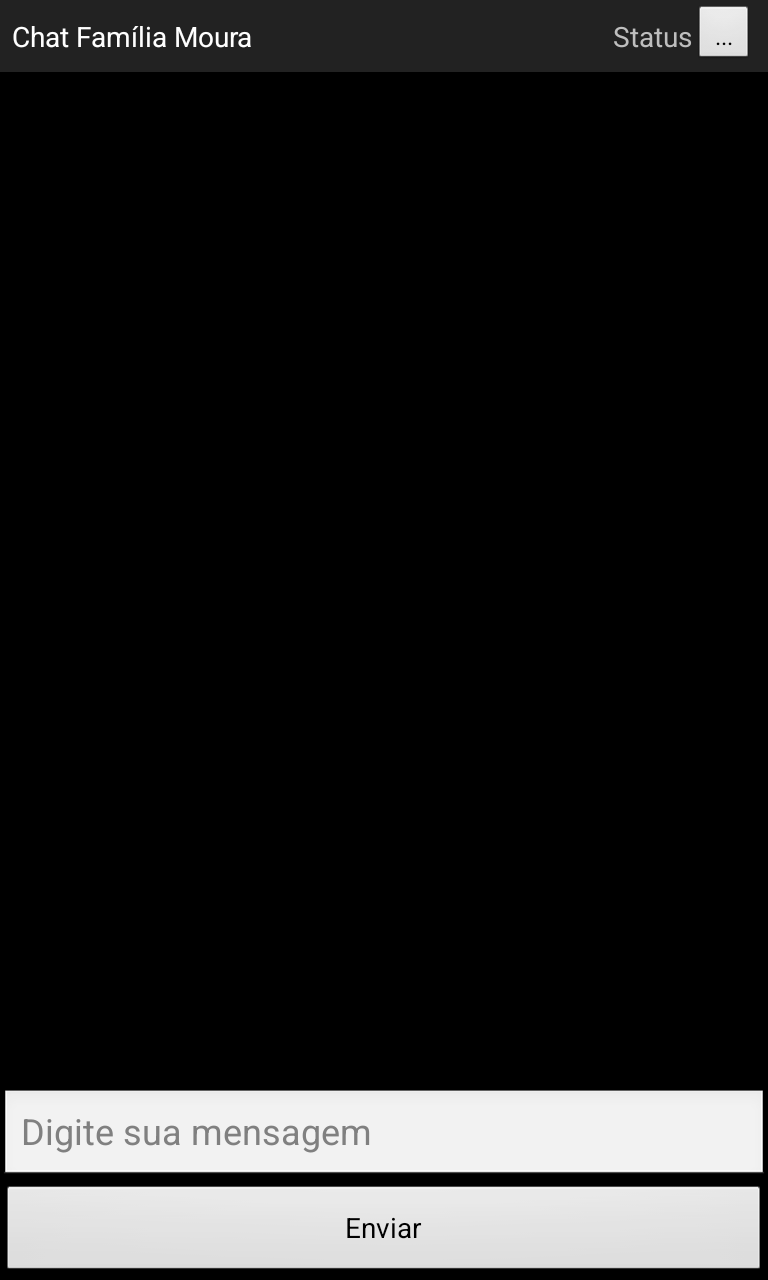
Repository: JoelmirMoura/AppMensagem
Layout: Mensagem/res/layout/main.xml
An editor plug-in stored every save of this project. The layout is shown before and after the next save, followed by the edit.
It is drawn on a 768 x 1280 px phone screen (xhdpi) without system bars, with theme android:Theme; the app's code is not run.

Above is the layout before, as saved 2026-04-27 17:49:58.

After the next save:
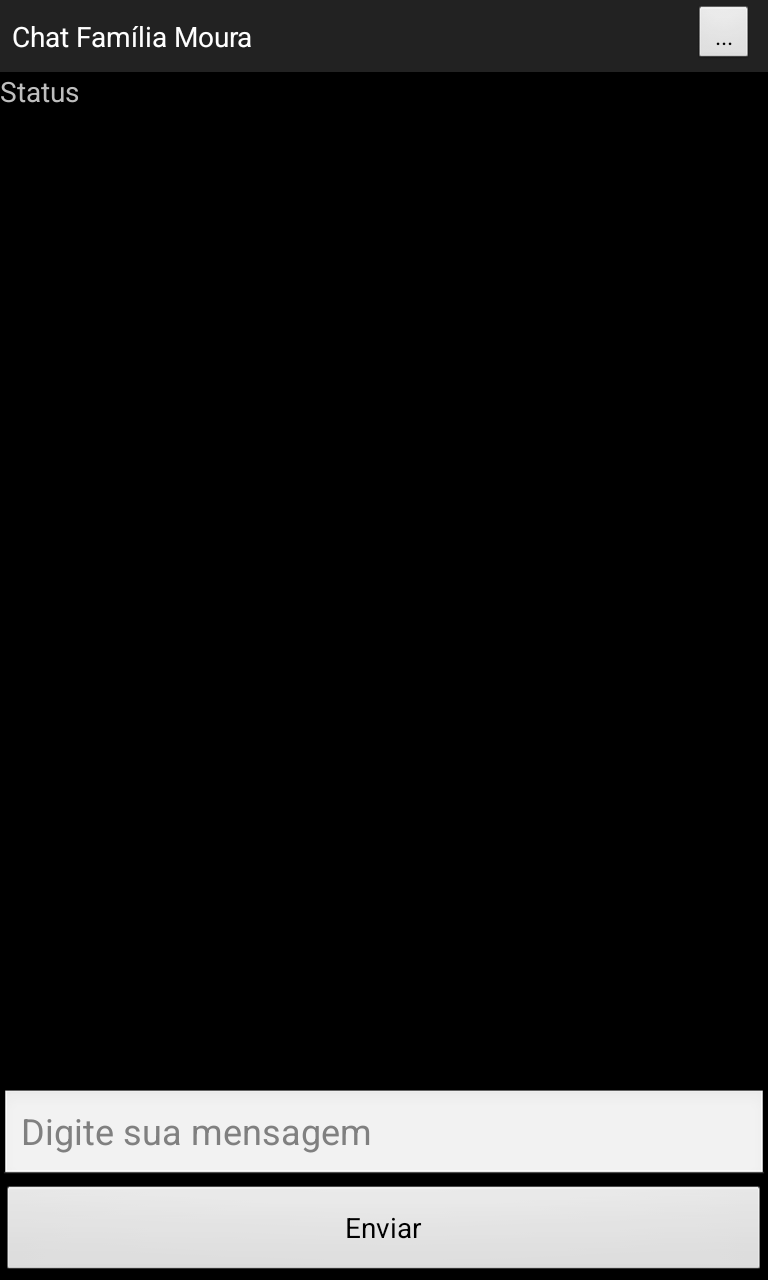
Saved 98 s later.
--- a/Mensagem/res/layout/main.xml
+++ b/Mensagem/res/layout/main.xml
@@ -23,11 +23,7 @@
         android:textSize="14sp"
         android:singleLine="true" />
 
-        <TextView
-    android:id="@+id/txtStatus"
-    android:layout_width="wrap_content"
-    android:layout_height="wrap_content"
-    android:text="Status"/>
+
 
     <Button
         android:id="@+id/btnConfig"
@@ -45,6 +41,13 @@
         android:layout_width="fill_parent"
         android:layout_height="wrap_content"
         android:text="Iniciar Serviço" />-->
+
+    <!-- STATUS -->
+     <TextView
+    android:id="@+id/txtStatus"
+    android:layout_width="wrap_content"
+    android:layout_height="wrap_content"
+    android:text="Status"/>
 
     <!-- CHAT -->
     <ScrollView
